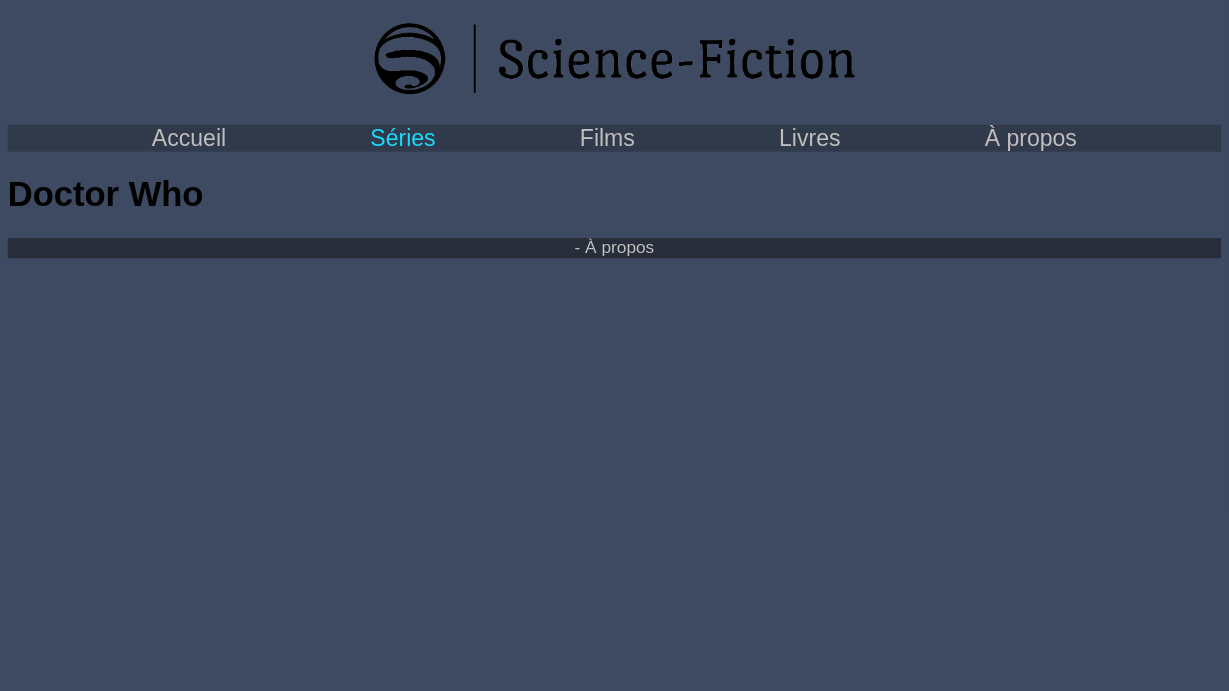
Repository: Emalios/Projet-Web
Page: html/series/doctor-who.html
An editor plug-in stored every save of this project. The page is shown before and after a run of saves, followed by the edit.
The browser window is 1280 px wide. The pictures show the whole page, at 96% of full size.

Above is the page before, as saved 2020-11-11 20:41:37.

After the next 2 saves:
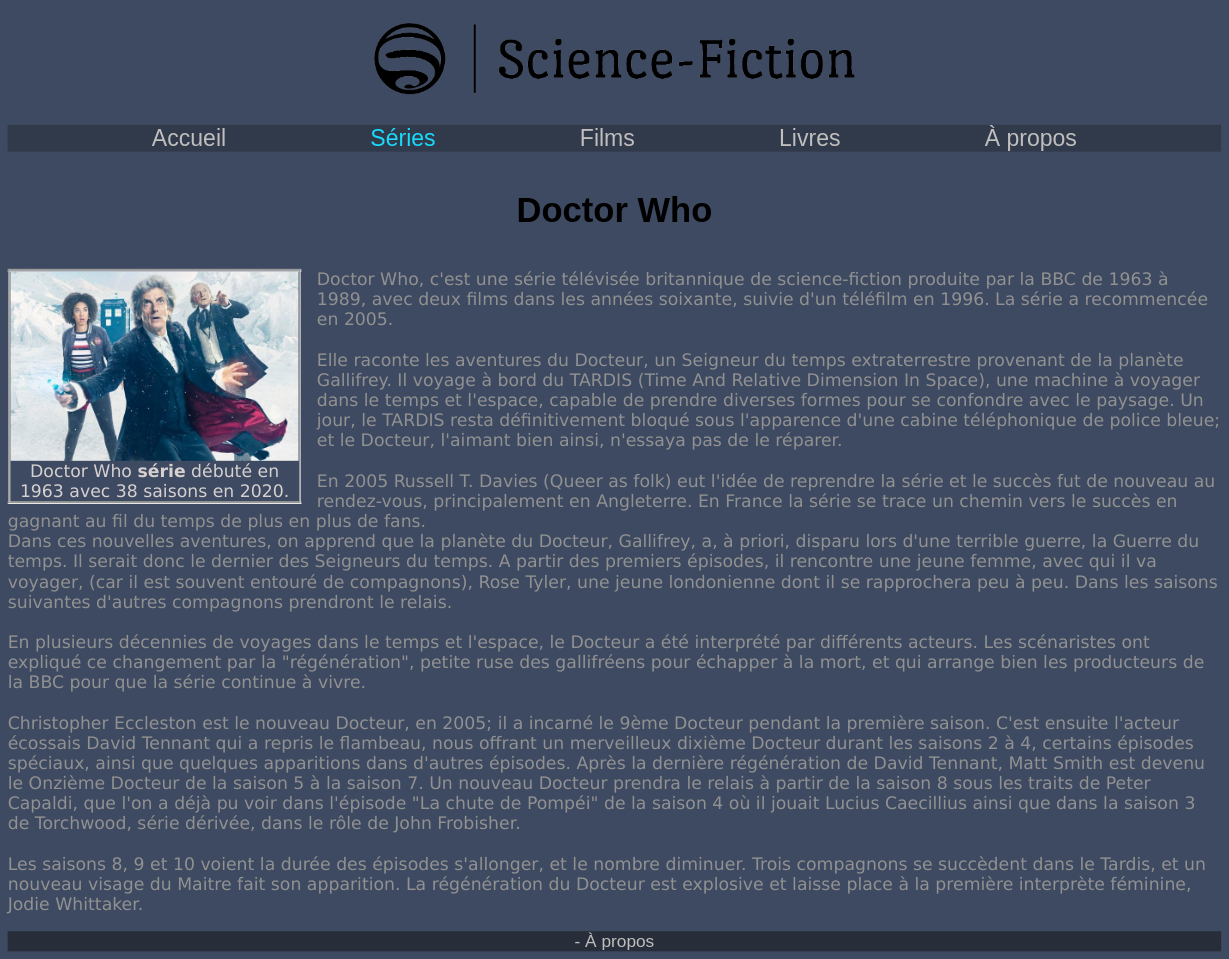
The 2 saves are shown as one change because they came seconds apart.
The last was saved 5 min 9 s later.
--- a/html/series/doctor-who.html
+++ b/html/series/doctor-who.html
@@ -4,10 +4,10 @@
 <head>
   <meta charset="utf-8">
   <meta name="viewport" content="width=device-width, initial-scale=1.0">
-  <title>Harry Potter</title>
+  <title>Doctor Who</title>
   <link rel="icon" href="../../images/small_icon.png" type="image/png">
   <link rel="stylesheet" href="../../css/common.css">
-  <link rel="stylesheet" href="../../css/magasine.css">
+  <link rel="stylesheet" href="../../css/description.css">
 </head>
 
 <body>
@@ -22,8 +22,36 @@
       <a href="../a-propos.html" class="nav-link">À propos</a></li>
     </nav>
   </header>
-  <h1>Doctor Who</h1>
-  <main></main>
+  <h1 id="title">Doctor Who</h1>
+  <figure class="figure_descriptive">
+    <img class="image_descriptive" alt="Un Doctor avec ses alliés" src="../../images/page-serie/doctor-who-scene.jpg" />
+    <figcaption class="description">Doctor Who <b>série</b> débuté en 1963 avec 38 saisons en 2020.</figcaption>
+  </figure>
+  <main>
+    <p class="resume">
+      Doctor Who, c'est une série télévisée britannique de science-fiction produite par la BBC de 1963 à 1989, avec deux films dans les années soixante, suivie d'un téléfilm en 1996. La série a recommencée en 2005.</br></br>
+
+      Elle raconte les aventures du Docteur, un Seigneur du temps extraterrestre provenant de la planète Gallifrey. Il voyage à bord du TARDIS (Time And Relative Dimension In Space), une machine à voyager dans le temps et l'espace, capable de prendre
+      diverses formes pour se confondre avec le paysage. Un jour, le TARDIS resta définitivement bloqué sous l'apparence d'une cabine téléphonique de police bleue; et le Docteur, l'aimant bien ainsi, n'essaya pas de le réparer.</br></br>
+
+      En 2005 Russell T. Davies (Queer as folk) eut l'idée de reprendre la série et le succès fut de nouveau au rendez-vous, principalement en Angleterre. En France la série se trace un chemin vers le succès en gagnant au fil du temps de plus en plus
+      de fans.<br/>
+
+      Dans ces nouvelles aventures, on apprend que la planète du Docteur, Gallifrey, a, à priori, disparu lors d'une terrible guerre, la Guerre du temps. Il serait donc le dernier des Seigneurs du temps. A partir des premiers épisodes, il rencontre
+      une jeune femme, avec qui il va voyager, (car il est souvent entouré de compagnons), Rose Tyler, une jeune londonienne dont il se rapprochera peu à peu. Dans les saisons suivantes d'autres compagnons prendront le relais.</br></br>
+
+      En plusieurs décennies de voyages dans le temps et l'espace, le Docteur a été interprété par différents acteurs. Les scénaristes ont expliqué ce changement par la "régénération", petite ruse des gallifréens pour échapper à la mort, et qui
+      arrange bien les producteurs de la BBC pour que la série continue à vivre.</br></br>
+
+      Christopher Eccleston est le nouveau Docteur, en 2005; il a incarné le 9ème Docteur pendant la première saison. C'est ensuite l'acteur écossais David Tennant qui a repris le flambeau, nous offrant un merveilleux dixième Docteur durant les
+      saisons 2 à 4, certains épisodes spéciaux, ainsi que quelques apparitions dans d'autres épisodes. Après la dernière régénération de David Tennant, Matt Smith est devenu le Onzième Docteur de la saison 5 à la saison 7. Un nouveau Docteur prendra
+      le relais à partir de la saison 8 sous les traits de Peter Capaldi, que l'on a déjà pu voir dans l'épisode "La chute de Pompéi" de la saison 4 où il jouait Lucius Caecillius ainsi que dans la saison 3 de Torchwood, série dérivée, dans le rôle
+      de John Frobisher.</br></br>
+
+      Les saisons 8, 9 et 10 voient la durée des épisodes s'allonger, et le nombre diminuer. Trois compagnons se succèdent dans le Tardis, et un nouveau visage du Maitre fait son apparition. La régénération du Docteur est explosive et laisse place à
+      la première interprète féminine, Jodie Whittaker.
+    </p>
+  </main>
   <footer><a href="../a-propos.html" class="footer-link">- À propos</a></footer>
 </body>
 
